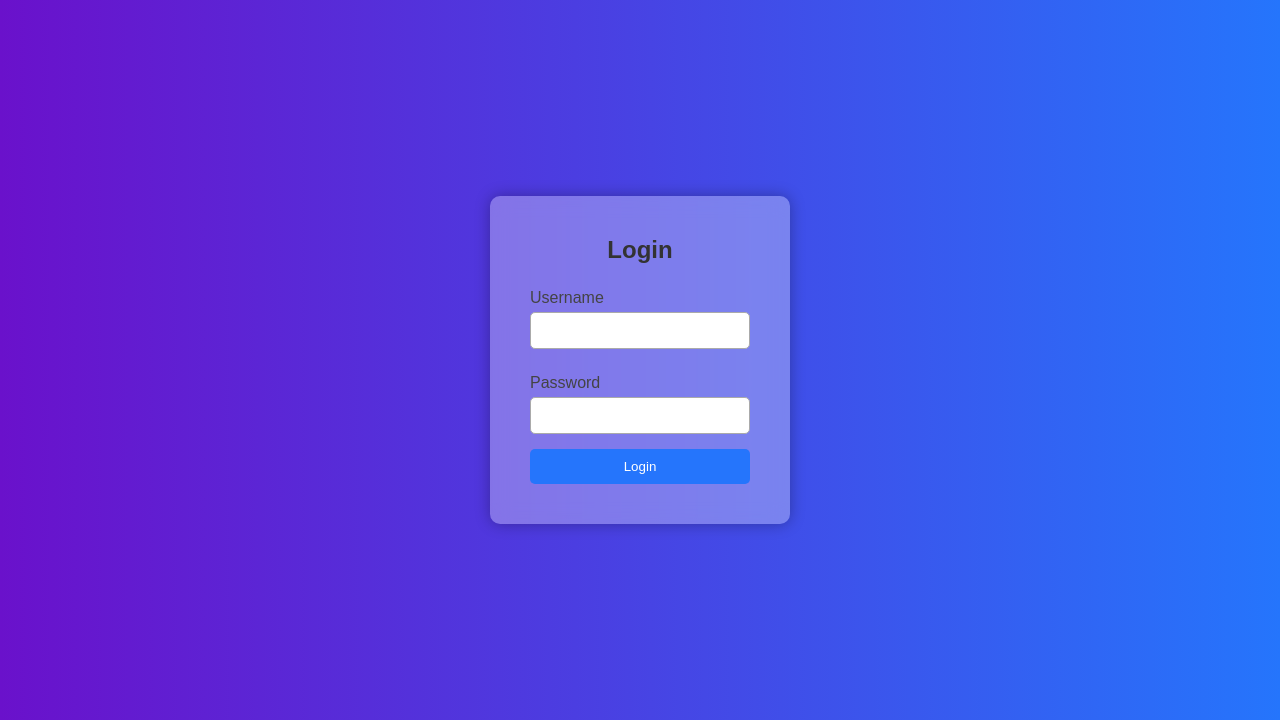
Repository: aboli-vyas/Servlet_Projects
Page: http://localhost/Sevlet_Project/Login.html
These files come from the project's save history. The page is drawn as it stood at one moment and after the next save; the edit follows.
The browser window is 1280 px wide. The pictures show the whole page.
The page is served by Tomcat 9. Other server files are loaded and not shown.

Above is the page before, as saved 2025-06-07 12:16:20.

### Sevlet_Project/src/main/webapp/Login.html
<!DOCTYPE html>
<html lang="en">
<head>
  <meta charset="UTF-8">
  <title>Login Form</title>
  <link rel="stylesheet" href="style2.css">
</head>
<body>
<form action="login" method="post">
  <div class="login-container">
    <h2>Login</h2>
      <label for="username">Username</label>
      <input type="text" id="username" name="username" required>

      <label for="password">Password</label>
      <input type="password" id="password" name="password" required>

      <button type="submit">Login</button>

      <p class="error-message" id="error">Password Incorrect</p>
  </div>
    </form>
</body>
</html>

### Sevlet_Project/src/main/webapp/style2.css
* {
  box-sizing: border-box;
  margin: 0;
  padding: 0;
  font-family: Arial, sans-serif;
}

body {
  background: linear-gradient(to right, #6a11cb, #2575fc);
  height: 100vh;
  display: flex;
  justify-content: center;
  align-items: center;
}

.login-container {
  background-color: rgba(255, 255, 255, 0.3); /* semi-transparent */
  backdrop-filter: blur(10px); /* optional blur */
  padding: 40px;
  border-radius: 10px;
  width: 300px;
  box-shadow: 0 0 15px rgba(0,0,0,0.3);
}

.login-container h2 {
  text-align: center;
  margin-bottom: 25px;
  color: #333;
}

.login-container label {
  display: block;
  margin: 10px 0 5px;
  color: #444;
}

.login-container input {
  width: 100%;
  padding: 10px;
  border: 1px solid #aaa;
  border-radius: 5px;
  margin-bottom: 15px;
}

.login-container button {
  width: 100%;
  padding: 10px;
  background-color: #2575fc;
  color: white;
  border: none;
  border-radius: 5px;
  cursor: pointer;
}

.login-container button:hover {
  background-color: #1a5ed9;
}

.error-message {
  color: red;
  text-align: center;
  display: none;
}

After the next save:
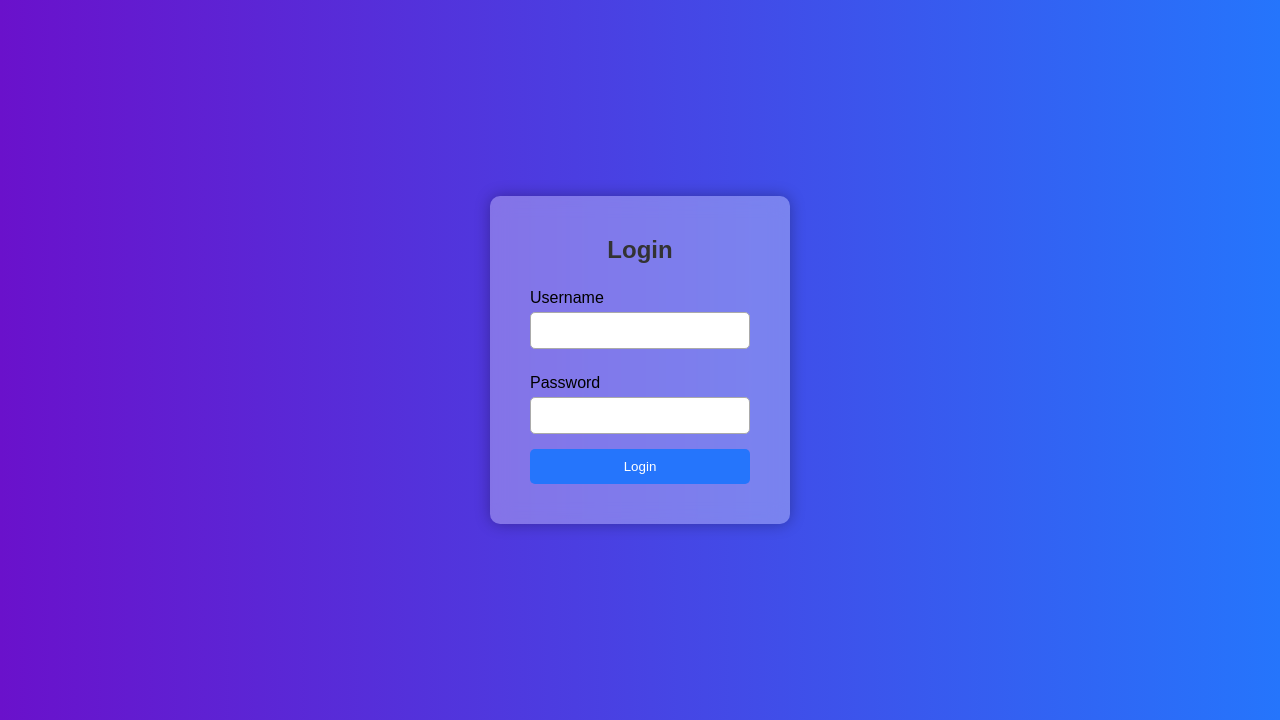
Saved 36 s later.
--- a/Sevlet_Project/src/main/webapp/style2.css
+++ b/Sevlet_Project/src/main/webapp/style2.css
@@ -31,7 +31,7 @@ body {
 .login-container label {
   display: block;
   margin: 10px 0 5px;
-  color: #444;
+  color: black;
 }
 
 .login-container input {
